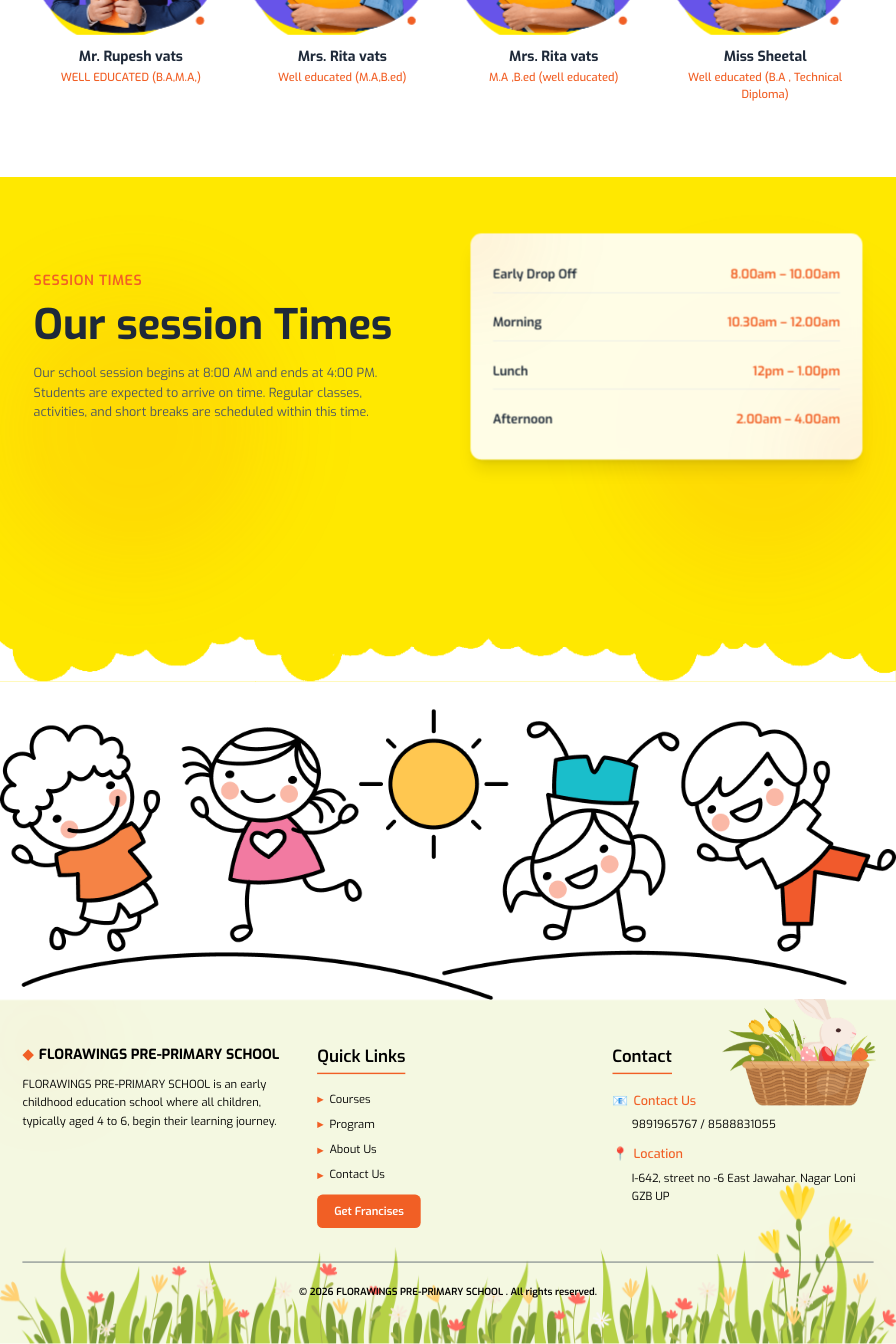
Repository: deepak445566/school
Page: / (app in okwork/)
An editor plug-in stored every save of this project. The page is shown before and after the next save, followed by the edit.
The browser window is 1280 px wide. The pictures show the part of the page from y = 3588 to 5508 px (the page is 5508 px tall), at 70% of full size.
Some web fonts or font styles are not loaded; a fallback is used. The project was rebuilt for these pictures with package versions that can differ from the ones it lists, and the page was loaded fresh each time. Some packages were replaced by stand-ins written for this rebuild. Also part of the build but not shown: okwork/vite.config.js.

Above is the page before, as saved 2026-02-18 21:09:41.

### okwork/index.html
<!doctype html>
<html lang="en">
  <head>
    <meta charset="UTF-8" />
    <link rel="icon" type="image/svg+xml" href="/vite.svg" />
    <meta name="viewport" content="width=device-width, initial-scale=1.0" />
    <title>okwork</title>
    <link rel="preconnect" href="https://fonts.googleapis.com">
<link rel="preconnect" href="https://fonts.gstatic.com" crossorigin>
<link href="https://fonts.googleapis.com/css2?family=Abril+Fatface&family=Alan+Sans:wght@300..900&family=Big+Shoulders:opsz,wght@10..72,100..900&family=Exo+2:ital,wght@0,100..900;1,100..900&family=Exo:ital,wght@0,100..900;1,100..900&family=Montserrat:ital,wght@0,100..900;1,100..900&family=Orbitron:wght@400..900&family=Poppins:ital,wght@0,100;0,200;0,300;0,400;0,500;0,600;0,700;0,800;0,900;1,100;1,200;1,300;1,400;1,500;1,600;1,700;1,800;1,900&family=Prata&family=Rajdhani:wght@300;400;500;600;700&display=swap" rel="stylesheet">
  </head>
  <body>
    <div id="root"></div>
    <script type="module" src="/src/main.jsx"></script>
  </body>
</html>

### okwork/src/index.css
@import "tailwindcss";


.exo {
  font-family: "Exo", sans-serif;

  font-style: normal;
}

### okwork/src/App.jsx
import React from 'react'
import Home from './components/Home'

import WhyChooseUs from './components/WhyChooseUs'
import MeetOurTeachers from './components/MeetOurTeachers'
import ScheduleSection from './components/ScheduleSection'
import AboutUs from './components/About'
import Footer from './components/Footer'
import ProgramSection from './components/ProgramSection'

function App() {
  return (
    <>
    <Home/>
   <AboutUs/>
   <ProgramSection/>
    <WhyChooseUs/>
    <MeetOurTeachers/>
    <ScheduleSection/>
    <Footer/>
    </>
  )
}

export default App

### okwork/src/components/Home.jsx
import React from "react";

const Home = () => {
  // Image URL - using a high-quality free image
  const imageUrl =
    "/images/hero1.png";
  const kalagiImageUrl = "/images/text.png";
  return (
    <div className="min-h-screen bg-[#F7FAE2] overflow-hidden exo relative ">
      {/* Main container - centered with responsive padding */}
      <div className="container mx-auto px-6 py-12 md:px-12 lg:px-10 min-h-screen flex items-center relative z-10">

        {/* Flex container: column on mobile, row on desktop */}
        <div className="flex flex-col md:flex-row items-center gap-12 lg:gap-5 w-full">

          {/* LEFT SECTION: 40% width */}
          <div className="w-full md:w-[45%] text-center md:text-left space-y-6 md:space-y-6">
            {/* Heading with gradient effect */}
            <h1 className="text-4xl text-gray-800 md:text-5xl lg:text-6xl font-bold leading-tight exo">
             A Happy Place to
              <br />
              <span className="text-gray-800">to Grow, Play And </span>
              <br />
              <span className="text-gray-800">   Learn</span>
            </h1>

            {/* Paragraph description */}
            <p className="text-lg md:text-lg text-gray-600 max-w-2xl mx-auto md:mx-0">
           Kindergarten is an early childhood educational environment where
most young for your children life.
            </p>

            {/* Button with hover effects */}
            <div className="flex justify-center md:justify-start">
              <button className="group relative px-8 py-4 bg-[#F15F25] text-white font-semibold rounded-xl float hover:shadow-xl hover:transform hover:-translate-y-1 transition-all duration-300 ease-in-out">
                <span className="relative z-10">Get Started Now</span>
              </button>
            </div>
          </div>

          {/* RIGHT SECTION: 60% width */}
          <div className="w-full md:w-[55%] flex justify-center md:justify-end">
            <div className="relative w-full max-w-md lg:max-w-xl ">
              {/* Main image */}
              <img
                src={imageUrl}
                alt="Team collaboration in modern workspace"
                className="relative z-10 w-full h-auto rounded-2xl object-cover "
              />
               <img
                src={kalagiImageUrl}
                alt="Decorative element"
                className="absolute bottom-0 left-7 lg:left-0 z-20 w-24 h-24 md:w-52 md:h-52 object-contain -translate-x-4 -translate-y-4 animate-bounce-slow"
              />
            </div>
          </div>
        </div>


      </div>


      {/* Add custom animation keyframes */}
       <style jsx>{`
        @keyframes blob {
          0% { transform: translate(0px, 0px) scale(1); }
          33% { transform: translate(30px, -50px) scale(1.1); }
          66% { transform: translate(-20px, 20px) scale(0.9); }
          100% { transform: translate(0px, 0px) scale(1); }
        }

        @keyframes float {
          0% {
            transform: translateY(0px);
          }
          50% {
            transform: translateY(-20px);
          }
          100% {
            transform: translateY(0px);
          }
        }

        @keyframes bounce-slow {
          0%, 100% {
            transform: translate(-1rem, -1rem) translateY(0);
          }
          50% {
            transform: translate(-1rem, -1rem) translateY(-20px);
          }
        }

        .animate-blob {
          animation: blob 7s infinite;
        }

        .animate-float {
          animation: float 6s ease-in-out infinite;
        }

        .animate-bounce-slow {
          animation: bounce-slow 4s ease-in-out infinite;
        }

        .animation-delay-2000 {
          animation-delay: 2s;
        }
      `}</style>
    </div>
  );
};

export default Home;

### okwork/src/components/MeetOurTeachers.jsx
import React from "react";

const MeetOurTeachers = () => {
  const teachers = [
    {
      name: "Mr. Rupesh vats",
      image: "/images/team2.png",
      subject: "WELL EDUCATED (B.A,M.A,)"
    },
    {
      name: "Mrs. Rita vats",
      image: "/images/team1.png",
      subject: "Well educated (M.A,B.ed)"
    },
    {
      name: "Mrs. Rita vats ",
      image: "/images/team1.png",
      subject: " M.A ,B.ed (well educated)"
    },
    {
      name: "Miss Sheetal",
      image: "/images/team1.png",
      subject: "Well educated (B.A , Technical Diploma)"
    }
  ];

  return (
    <>
    <div className="min-h-screen bg-white overflow-hidden exo py-8 sm:py-12 md:py-16 lg:py-20">
      <div className="container mx-auto px-3 sm:px-4 md:px-6 lg:px-8 xl:px-12">

        {/* Header Section */}
        <div className="text-center mb-6 sm:mb-8 md:mb-10 lg:mb-12">
          <h2 className="text-[#F15F25] text-md md:text-lg lg:text-xl font-semibold uppercase tracking-wider mb-1 sm:mb-2">
            Our Team
          </h2>
          <h1 className="text-2xl sm:text-3xl md:text-4xl lg:text-5xl xl:text-6xl font-bold text-gray-800 leading-tight px-2">
            Meet With Our Teacher
          </h1>
        </div>

        {/* Teachers Grid - Responsive grid */}
        <div className="grid grid-cols-2 sm:grid-cols-2 lg:grid-cols-4 gap-3 sm:gap-4 md:gap-5 lg:gap-6">
          {teachers.map((teacher, index) => (
            <div key={index} className="flex flex-col">
              {/* Teacher Image Container */}
              <div className="group relative bg-white rounded-xl sm:rounded-2xl overflow-hidden  transition-all duration-300 hover:-translate-y-2">
                <div className="relative overflow-hidden aspect-square">
                  <img
                    src={teacher.image}
                    alt={teacher.name}
                    className="w-full h-full object-cover  duration-500"
                  />
                  {/* Light overlay on hover */}

                </div>
              </div>

              {/* Teacher Info - Outside the card */}
              <div className="text-center mt-2 sm:mt-3 md:mt-4 px-1">
                <h3 className="text-sm sm:text-base md:text-lg lg:text-xl font-bold text-gray-800 mb-0.5 sm:mb-1">
                  {teacher.name}
                </h3>
                <p className="text-[#F15F25] text-xs sm:text-sm md:text-base font-medium">
                  {teacher.subject}
                </p>
              </div>
            </div>
          ))}
        </div>
      </div>
    </div>
    </>
  );
};

export default MeetOurTeachers;

### okwork/src/components/ScheduleSection.jsx
import React from "react";

const ScheduleSection = () => {
  return (
    <>
    <div className="min-h-screen bg-[#FFE800] overflow-hidden exo py-12 md:py-16 lg:py-20 relative ">

      {/* Background Light Effects */}
      <div className="absolute left-0 top-1/2 -translate-y-1/2 w-64 md:w-96 h-64 md:h-96 bg-[#F15F25]/10 rounded-full blur-3xl"></div>
      <div className="absolute right-0 top-1/2 -translate-y-1/2 w-64 md:w-96 h-64 md:h-96 bg-[#F15F25]/10 rounded-full blur-3xl"></div>

      <div className="container mx-auto px-4 sm:px-6 md:px-8 lg:px-10 xl:px-12 relative z-10">

        {/* Main Flex Container - Left Text, Right Schedule */}
        <div className="flex flex-col lg:flex-row items-center gap-10 lg:gap-16">

          {/* LEFT SIDE - Text Content */}
          <div className="w-full lg:w-1/2 text-center lg:text-left">
            <h2 className="text-[#F15F25] text-lg md:text-xl font-semibold uppercase tracking-wider mb-3">
              Session Times
            </h2>
            <h1 className="text-3xl sm:text-4xl md:text-5xl lg:text-6xl font-bold text-gray-800 mb-4 leading-tight">
              Our session Times
            </h1>
            <p className="text-gray-600 text-base md:text-lg max-w-lg mx-auto lg:mx-0">
             Our school session begins at 8:00 AM and ends at 4:00 PM. Students are expected to arrive on time. Regular classes, activities, and short breaks are scheduled within this time.
            </p>
          </div>

          {/* RIGHT SIDE - Schedule Cards */}
          <div className="w-full lg:w-1/2">
            <div className="bg-white/90 backdrop-blur-sm rounded-2xl p-5 md:p-6 lg:p-8 shadow-xl relative overflow-hidden">

              {/* Inner Light Effect */}
              <div className="absolute -left-20 -top-20 w-40 h-40 bg-[#F15F25]/10 rounded-full blur-3xl"></div>
              <div className="absolute -right-20 -bottom-20 w-40 h-40 bg-[#F15F25]/10 rounded-full blur-3xl"></div>

              {/* Schedule Items */}
              <div className="space-y-4 relative z-10">

                {/* Early Drop Off */}
                <div className="flex justify-between items-center py-3 border-b border-gray-200">
                  <span className="text-gray-800 font-semibold text-base md:text-lg">Early Drop Off</span>
                  <span className="text-[#F15F25] font-semibold text-base md:text-lg">8.00am – 10.00am</span>
                </div>

                {/* Morning */}
                <div className="flex justify-between items-center py-3 border-b border-gray-200">
                  <span className="text-gray-800 font-semibold text-base md:text-lg">Morning</span>
                  <span className="text-[#F15F25] font-semibold text-base md:text-lg">10.30am – 12.00am</span>
                </div>

                {/* Lunch */}
                <div className="flex justify-between items-center py-3 border-b border-gray-200">
                  <span className="text-gray-800 font-semibold text-base md:text-lg">Lunch</span>
                  <span className="text-[#F15F25] font-semibold text-base md:text-lg">12pm – 1.00pm</span>
                </div>

                {/* Afternoon */}
                <div className="flex justify-between items-center py-3">
                  <span className="text-gray-800 font-semibold text-base md:text-lg">Afternoon</span>
                  <span className="text-[#F15F25] font-semibold text-base md:text-lg">2.00am – 4.00am</span>
                </div>
              </div>
            </div>
          </div>
        </div>
      </div>
      <div className=" absolute bottom-0  z-1000">
          <img src="/images/hero-line.png" className="w-full"/>
        </div>

    </div>

     <div className=" mt-10">
        <img src="/images/newsletter1.png" alt="Newsletter" className="w-full h-full object-cover" />
      </div>
      </>
  );
};

export default ScheduleSection;

### okwork/src/components/Footer.jsx
import React from 'react';

const Footer = () => {
  return (
    <footer className="bg-[#F4F8E1] exo text-white py-12 md:py-16 overflow-hidden relative">
      {/* Decorative Elements */}
       <img
                src="/images/busket.png"
                alt="Decorative element"
                className="absolute -top-9 -right-5 lg:right-7  z-20 w-17 h-17 md:w-55 md:h-55 object-contain translate-x-4 translate-y-4 animate-bounce-slow "
              />
      <div className="absolute top-0 left-0 w-32 h-32 bg-[#F15F25]/5 rounded-full blur-3xl"></div>
      <div className="absolute bottom-0 right-0 w-32 h-32 bg-[#F15F25]/5 rounded-full blur-3xl"></div>

      <div className="container mx-auto px-4 sm:px-6 lg:px-8 relative z-10">

        {/* Main Footer Grid */}
        <div className="grid grid-cols-1 md:grid-cols-2 lg:grid-cols-3 gap-8 lg:gap-12">

          {/* Column 1 - Kidza Info */}
          <div className="space-y-4">
            <h2 className="text-lg md:text-xl font-bold text-black flex items-center gap-2">
              <span className="text-[#F15F25]">◆</span> FLORAWINGS PRE-PRIMARY SCHOOL
            </h2>
            <p className="text-black text-sm md:text-base leading-relaxed">
              FLORAWINGS PRE-PRIMARY SCHOOL is an early childhood education school where all children,
              typically aged 4 to 6, begin their learning journey.
            </p>

          </div>

          {/* Column 2 - Quick Links */}
          <div className="space-y-4">
            <h3 className="text-xl md:text-2xl font-semibold text-black border-b-2 border-[#F15F25] pb-2 inline-block">
              Quick Links
            </h3>
            <div className="flex flex-col space-y-3 pt-2 text-black">
              <a href="#" className=" hover:text-[#F15F25] transition-colors text-sm md:text-base flex items-center gap-2">
                <span className="text-[#F15F25] text-xs">▶</span> Courses
              </a>
              <a href="#" className=" hover:text-[#F15F25] transition-colors text-sm md:text-base flex items-center gap-2">
                <span className="text-[#F15F25] text-xs">▶</span> Program
              </a>
              <a href="#" className=" hover:text-[#F15F25] transition-colors text-sm md:text-base flex items-center gap-2">
                <span className="text-[#F15F25] text-xs">▶</span> About Us
              </a>
              <a href="#" className=" hover:text-[#F15F25] transition-colors text-sm md:text-base flex items-center gap-2">
                <span className="text-[#F15F25] text-xs">▶</span> Contact Us
              </a>

            </div>
             <button className="bg-[#F15F25] text-white px-6 py-3 rounded-lg font-semibold hover:bg-[#d44e1e] transition-colors">
  Get Francises
</button>
          </div>



          {/* Column 4 - Contact Info */}
          <div className="space-y-4">
            <h3 className="text-xl md:text-2xl font-semibold text-black border-b-2 border-[#F15F25] pb-2 inline-block">
              Contact
            </h3>

            {/* Email */}
            <div className="space-y-2 pt-2">
              <h4 className="text-[#F15F25] font-medium text-base md:text-lg flex items-center gap-2">
                <span>📧</span> Contact Us
              </h4>
              <a className="text-black hover:text-[#F15F25] transition-colors text-sm md:text-base break-all pl-7">
               9891965767 /
                8588831055

              </a>
            </div>

            {/* Location */}
            <div className="space-y-2">
              <h4 className="text-[#F15F25] font-medium text-base md:text-lg flex items-center gap-2">
                <span>📍</span> Location
              </h4>
              <p className="text-black text-sm md:text-base leading-relaxed pl-7">
               I-642, street no -6 East Jawahar. Nagar Loni GZB UP
              </p>
            </div>
          </div>
        </div>



        {/* Bottom Bar */}
        <div className="border-t border-gray-700 mt-8 md:mt-12 pt-6 md:pt-8 text-center text-black text-xs md:text-sm font-semibold">
          <p>&copy; {new Date().getFullYear()} FLORAWINGS PRE-PRIMARY SCHOOL . All rights reserved.</p>
        </div>
      </div>
      <div className='absolute bottom-0 left-0 w-full'>
        <img src='/images/bg-bottom.png' className='w-full '/>
      </div>
    </footer>
  );
};

export default Footer;

Loaded but not shown: okwork/src/main.jsx (common file); okwork/src/components/WhyChooseUs.jsx (128 lines, source omitted); okwork/src/components/About.jsx (129 lines, source omitted); okwork/src/components/ProgramSection.jsx (117 lines, source omitted)

After the next save:
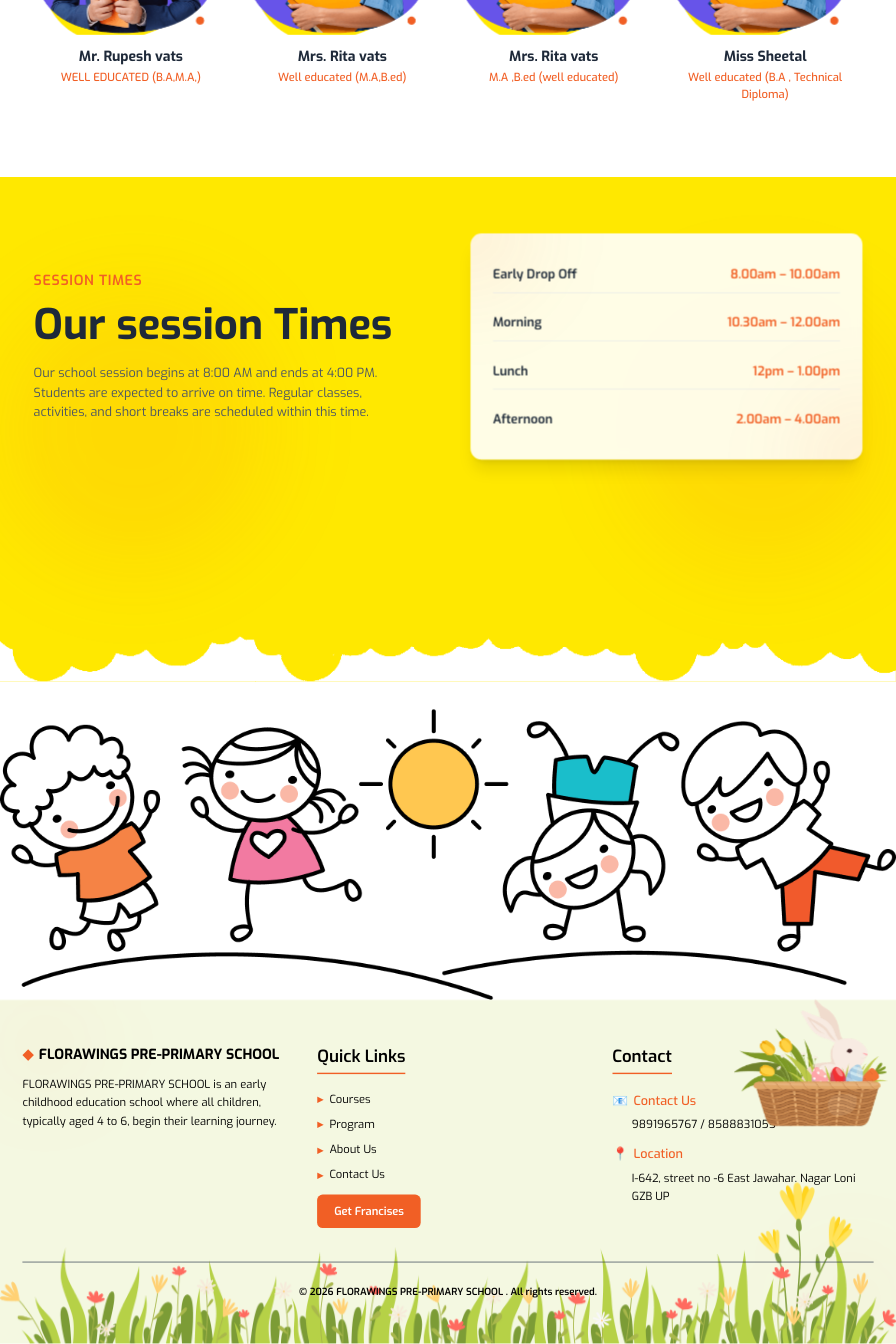
Saved 49 s later.
--- a/okwork/src/components/Footer.jsx
+++ b/okwork/src/components/Footer.jsx
@@ -4,11 +4,11 @@
   return (
     <footer className="bg-[#F4F8E1] exo text-white py-12 md:py-16 overflow-hidden relative">
       {/* Decorative Elements */}
-       <img
-                src="/images/busket.png"
-                alt="Decorative element"
-                className="absolute -top-9 -right-5 lg:right-7  z-20 w-17 h-17 md:w-55 md:h-55 object-contain translate-x-4 translate-y-4 animate-bounce-slow "
-              />
+      <img
+  src="/images/busket.png"
+  alt="Decorative element"
+  className="absolute -top-9 -right-5 lg:right-7 z-20 w-17 h-17 md:w-55 md:h-55 object-contain translate-x-4 translate-y-4 animate-horizontal-move"
+/>
       <div className="absolute top-0 left-0 w-32 h-32 bg-[#F15F25]/5 rounded-full blur-3xl"></div>
       <div className="absolute bottom-0 right-0 w-32 h-32 bg-[#F15F25]/5 rounded-full blur-3xl"></div>
 

After the save that followed:
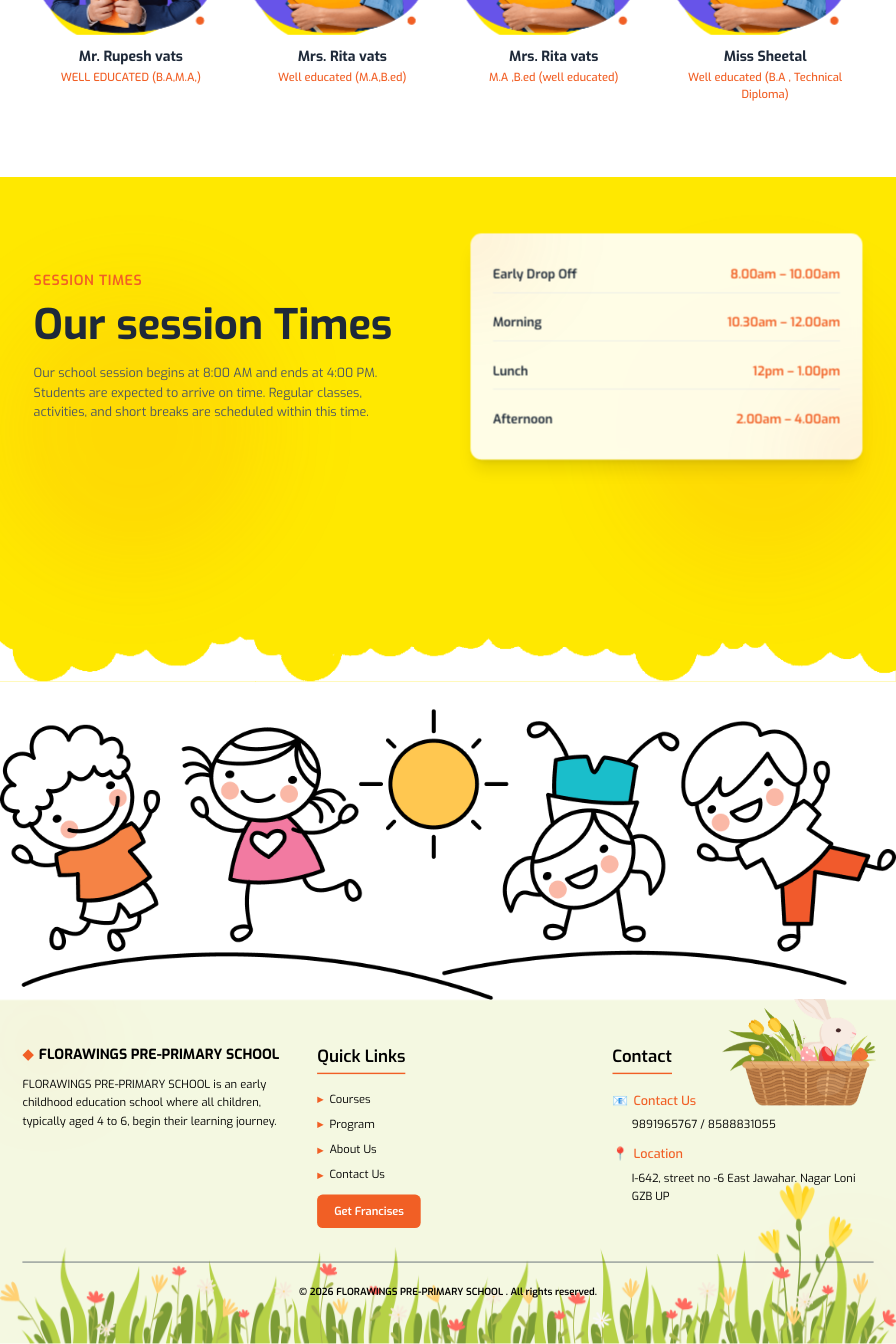
Saved 10 s later.
--- a/okwork/src/components/Footer.jsx
+++ b/okwork/src/components/Footer.jsx
@@ -4,11 +4,11 @@
   return (
     <footer className="bg-[#F4F8E1] exo text-white py-12 md:py-16 overflow-hidden relative">
       {/* Decorative Elements */}
-      <img
-  src="/images/busket.png"
-  alt="Decorative element"
-  className="absolute -top-9 -right-5 lg:right-7 z-20 w-17 h-17 md:w-55 md:h-55 object-contain translate-x-4 translate-y-4 animate-horizontal-move"
-/>
+       <img
+                src="/images/busket.png"
+                alt="Decorative element"
+                className="absolute -top-9 -right-5 lg:right-7  z-20 w-17 h-17 md:w-55 md:h-55 object-contain translate-x-4 translate-y-4 animate-bounce-slow "
+              />
       <div className="absolute top-0 left-0 w-32 h-32 bg-[#F15F25]/5 rounded-full blur-3xl"></div>
       <div className="absolute bottom-0 right-0 w-32 h-32 bg-[#F15F25]/5 rounded-full blur-3xl"></div>
 
